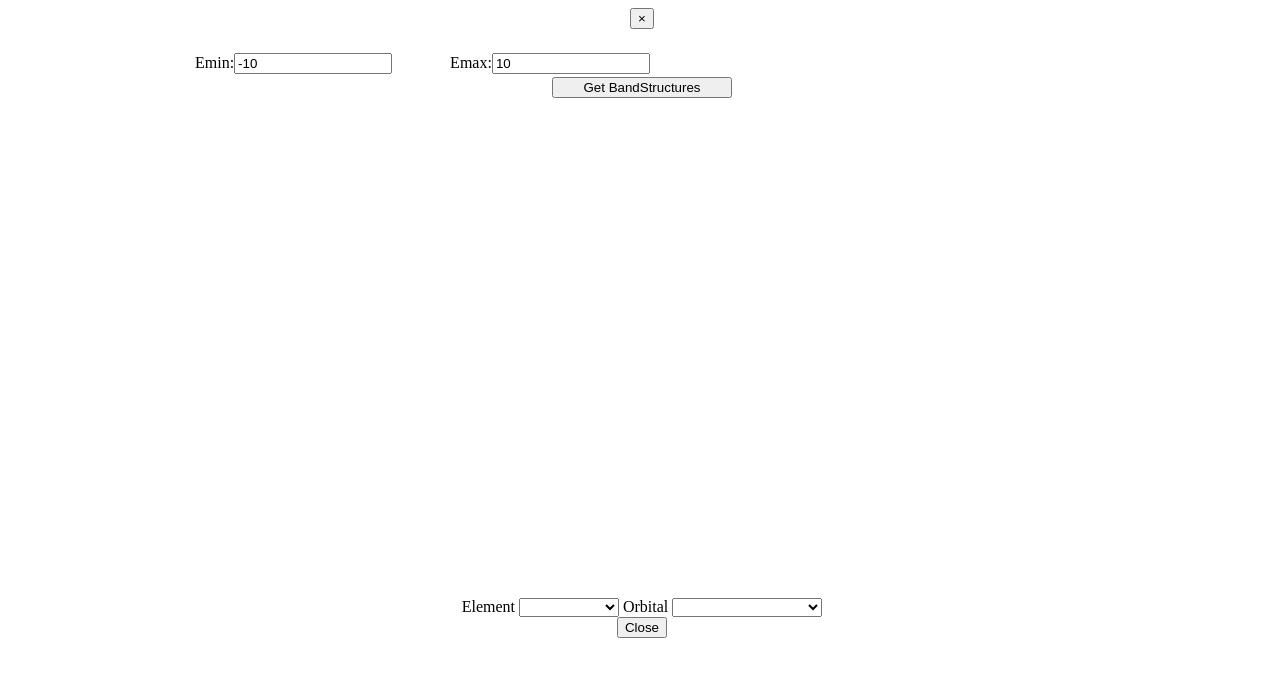
Repository: atowfiq/FESD_website-scripts
Page: http://localhost/fesdweb/BandstructureChart.jsp
The author's editor kept a copy of each file at every save. The page is drawn from the files as they stood at one save, then again after the next save.
The browser window is 1280 px wide. The pictures show the whole page.
The page is served by Tomcat 9.

Above is the page before, as saved 2017-07-28 00:54:53.

After the next save:
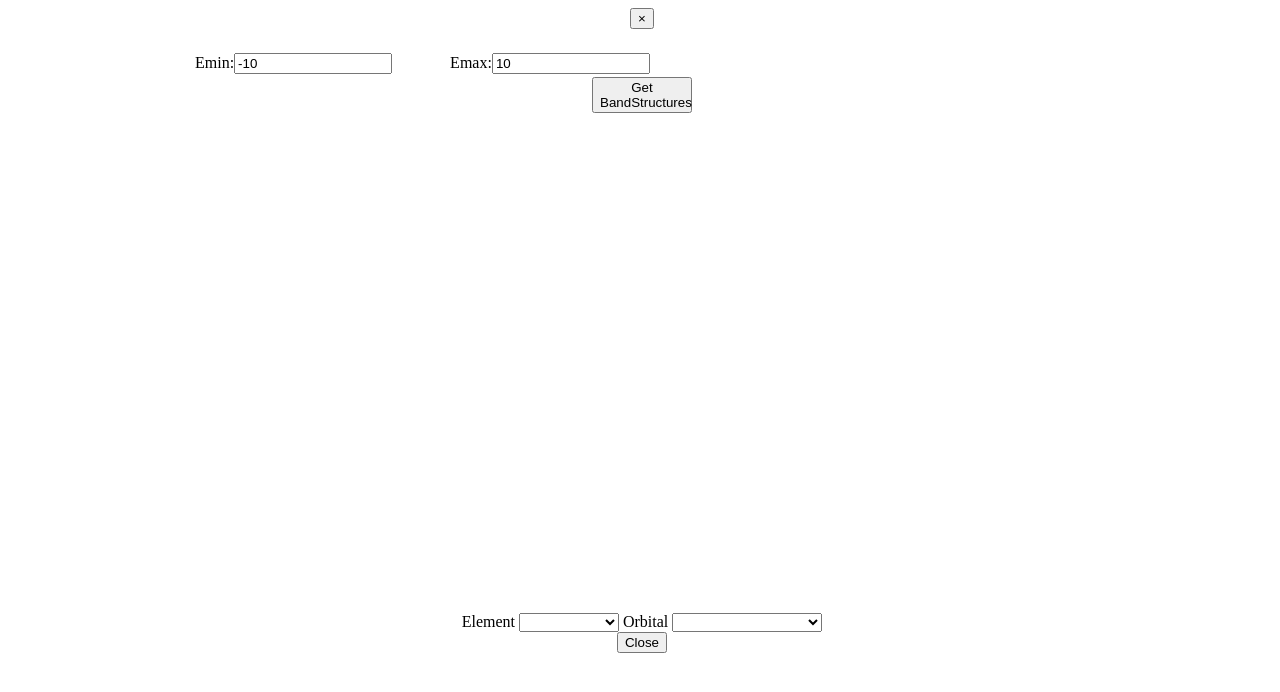
Saved 17 s later.
--- a/fesdweb/WebContent/BandstructureChart.jsp
+++ b/fesdweb/WebContent/BandstructureChart.jsp
@@ -193,7 +193,7 @@ margin-top:-40px;
 	</tr>
 	</table>
 	</div>
-	<button style="width:180px;" class="btn btn-secondary" onclick="GetBandstructures()">Get BandStructures</button>
+	<button style="width:100px;" class="btn btn-secondary" onclick="GetBandstructures()">Get BandStructures</button>
 
    <div id="BandChart" style="width: 900px; height: 500px"></div>
 
